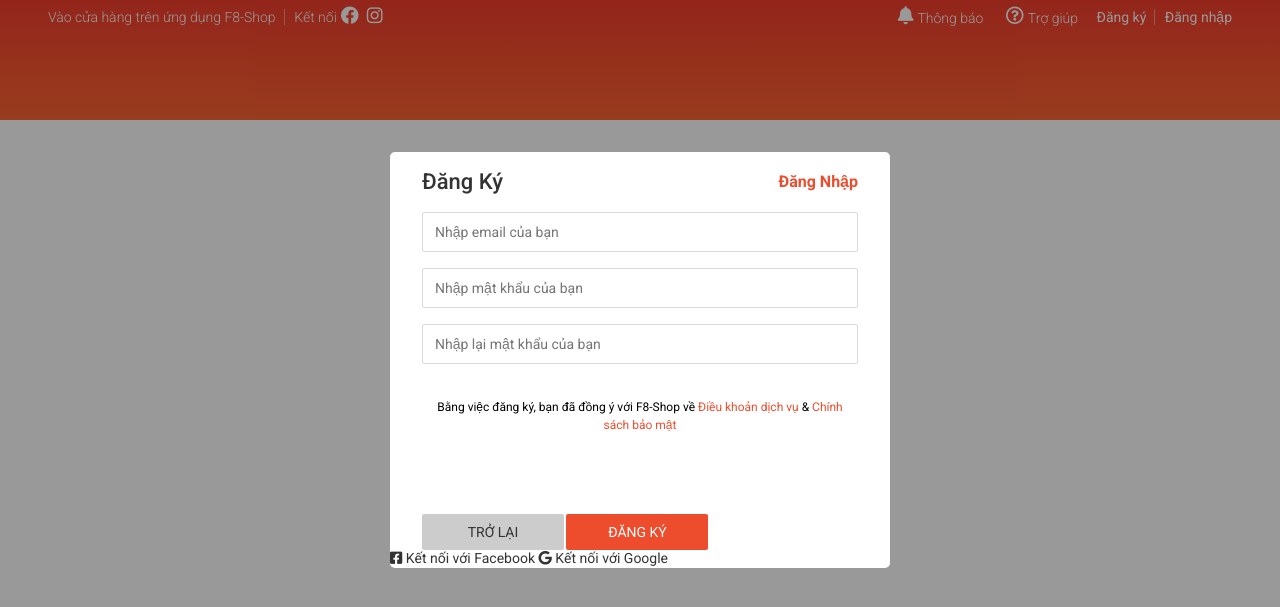
Repository: huynhnhan112/Shopee_Homepage
Page: index.html
An editor plug-in stored every save of this project. The page is shown before and after the next save, followed by the edit.
The browser window is 1280 px wide. The pictures show the whole page.
The pointer rests on the first visible `.btn`.

Above is the page before, as saved 2021-11-19 14:41:07.

### index.html
<!DOCTYPE html>
<html lang="en">

<head>
    <meta charset="UTF-8">
    <meta http-equiv="X-UA-Compatible" content="IE=edge">
    <meta name="viewport" content="width=device-width, initial-scale=1.0">
    <link rel="stylesheet" href="https://cdnjs.cloudflare.com/ajax/libs/normalize/8.0.1/normalize.min.css"
        integrity="sha512-NhSC1YmyruXifcj/KFRWoC561YpHpc5Jtzgvbuzx5VozKpWvQ+4nXhPdFgmx8xqexRcpAglTj9sIBWINXa8x5w=="
        crossorigin="anonymous" referrerpolicy="no-referrer" />
    <link rel="preconnect" href="https://fonts.googleapis.com">
    <link rel="preconnect" href="https://fonts.gstatic.com" crossorigin>
    <link href="https://fonts.googleapis.com/css2?family=Roboto:wght@100;300;400;500;700&display=swap" rel="stylesheet">
    <link rel="stylesheet" href="./assets/fonts/fontawesome-free-5.15.4/fontawesome-free-5.15.4-web/css/all.min.css">
    <link rel="stylesheet" href="./assets/css/base.css">
    <link rel="stylesheet" href="./assets/css/style.css">
    <title>F8 - Shop</title>
</head>

<body>
    <div class="app">
        <header class="header">
            <div class="grid">
                <nav class="header__navbar">
                    <ul class="header__navbar-list">
                        <li class="header__navbar-item header__navbar-item--qr header__navbar-item--separate">Vào cửa
                            hàng trên ứng dụng F8-Shop
                            <div class="header__qr">
                                <img src="./assets/img/qr_code.png" alt="QR code" class="header__qr-img">
                                <div class="header__qr-apps">
                                    <a href="" class="header__qr-link">
                                        <img src="./assets/img/google_play.png" alt="Google Play"
                                            class="header__qr-download">
                                    </a>
                                    <a href="" class="header__qr-link">
                                        <img src="./assets/img/app_store.png" alt="App Store"
                                            class="header__qr-download">
                                    </a>
                                </div>
                            </div>
                        </li>
                        <li class="header__navbar-item">
                            <span class="header__navbar-title">Kết nối</span>
                            <a href="#" class="header__navbar-icon-link">
                                <i class="header__navbar-icon fab fa-facebook"></i>
                            </a>
                            <a href="#" class="header__navbar-icon-link">
                                <i class="header__navbar-icon fab fa-instagram"></i>
                            </a>
                        </li>
                    </ul>
                    <ul class="header__navbar-list">
                        <li class="header__navbar-item header__navbar-item--show-notify">
                            <a href="#" class="header__navbar-item-link">
                                <i class="header__navbar-icon fas fa-bell"></i>
                                Thông báo
                            </a>
                            <div class="header__notify">
                                <header class="header__notify-header">
                                    <h3>Thông Báo Mới Nhận</h3>
                                </header>
                                <ul class="header__notify-list">
                                    <li class="header__notify-item header__notify-item--viewed">
                                        <a href="" class="header__notify-link">
                                            <img src="https://img.abaha.vn/photos/origin/83-1586781803-myphamohui-lgvina.png"
                                                alt="" class="header__notify-img">
                                            <div class="header__notify-info">
                                                <span class="header__notify-name">Ohui chính thức ra mắt dòng son
                                                    lì mới The First Genture Lipstick</span>
                                                <span class="header__notify-description">Một lần môi căng mềm, quyến
                                                    rũ với sắc màu nổi bật luôn là điều mà các quý cô ao
                                                    ước</span>
                                            </div>
                                        </a>
                                    </li>
                                    <li class="header__notify-item header__notify-item--viewed">
                                        <a href="" class="header__notify-link">
                                            <img src="https://img.abaha.vn/photos/origin/83-1586781803-myphamohui-lgvina.png"
                                                alt="" class="header__notify-img">
                                            <div class="header__notify-info">
                                                <span class="header__notify-name">Xác thực chính hãng nguồn gốc
                                                    các sản phẩm Ohui</span>
                                                <span class="header__notify-description">HiddenTag là xác thực hàng
                                                    chính hãng bằng công nghệ tiên tiến nhất hiện nay</span>
                                            </div>
                                        </a>
                                    </li>
                                    <li class="header__notify-item">
                                        <a href="" class="header__notify-link">
                                            <img src="https://img.abaha.vn/photos/origin/83-1586781803-myphamohui-lgvina.png"
                                                alt="" class="header__notify-img">
                                            <div class="header__notify-info">
                                                <span class="header__notify-name">Sale sốc bộ dưỡng Ohui The First
                                                    tái tạo trả hóa da SALE OFF 70%</span>
                                                <span class="header__notify-description">Giá chỉ còn 375.000(giá
                                                    gốc 1.250.000 vnđ)</span>
                                            </div>
                                        </a>
                                    </li>
                                </ul>
                                <footer class="header__notify-footer">
                                    <a href="" class="header__notify-footer-btn">Xem tất cả</a>
                                </footer>
                            </div>
                        </li>
                        <li class="header__navbar-item">
                            <a href="#" class="header__navbar-item-link">
                                <i class="header__navbar-icon far fa-question-circle"></i>
                                Trợ giúp
                            </a>
                        </li>
                        <li class="header__navbar-item header__navbar-item--strong header__navbar-item--separate">Đăng
                            ký</li>
                        <li class="header__navbar-item header__navbar-item--strong">Đăng nhập</li>
                    </ul>
                </nav>
            </div>
        </header>

        <div class="container">

        </div>

        <footer class="footer">

        </footer>
    </div>

    <!-- Modal Layout -->
    <div class="modal">
        <div class="modal__overclay"></div>
        <div class="modal__body">

            <!-- Authen form -->
            <div class="auth-form">
                <div class="auth-form__container">
                    <div class="auth-form__header">
                        <h3 class="auth-form__heading">Đăng Ký</h3>
                        <span class="auth-form__switch-btn">Đăng Nhập</span>
                    </div>
                    <div class="auth-form__form">
                        <div class="auth-form__group">
                            <input type="text" class="auth-form__input" placeholder="Nhập email của bạn">
                        </div>
                        <div class="auth-form__group">
                            <input type="text" class="auth-form__input" placeholder="Nhập mật khẩu của bạn">
                        </div>
                        <div class="auth-form__group">
                            <input type="text" class="auth-form__input" placeholder="Nhập lại mật khẩu của bạn">
                        </div>
                    </div>
                    <div class="auth-form__aside">
                        <p>Bằng việc đăng ký, bạn đã đồng ý với F8-Shop về <a href="#">Điều khoản dịch
                                vụ</a> & <a href="#">Chính sách bảo mật</a></p>
                    </div>
                    <div class="auth-form__controls">
                        <button class="btn">TRỞ LẠI</button>
                        <button class="btn btn--primary">ĐĂNG KÝ</button>
                    </div>
                </div>
                <div class="auth-form__socials">
                    <a href="" class="btn btn--with--icon">
                        <i class="fab fa-facebook-square"></i>
                        Kết nối với Facebook
                    </a>
                    <a href="" class="btn btn--with--icon">
                        <i class="fab fa-google"></i>
                        Kết nối với Google
                    </a>
                </div>
            </div>
        </div>
    </div>
</body>

</html>

### assets/css/base.css
:root{
    --white-color: #fff;
    --black-color: #000;
    --text-color: #333;
    --primary-color: #ee4d2d;
    --border-color: #dbdbdb;
}

*{
    box-sizing: inherit;
}

html{
    font-size: 62.5%;
    line-height: 1.6rem;
    font-family: 'Roboto', sans-serif;
    box-sizing: border-box;
}

.grid{
    width: 1200px;
    max-width: 100%;
    margin: 0 auto;
}

.grid__full_width{
    width: 100%;
}

.gid__row{
    display: flex;
    flex-wrap: wrap;
}

@keyframes fadeIn {
    from{
        opacity: 0;
    }
    to{
        opacity: 1;
    }
}

/* Modal */
.modal{
    position: fixed;
    top: 0;
    left: 0;
    right: 0;
    bottom: 0;
    display: flex;
}

.modal__overclay{
    position: absolute;
    width: 100%;
    height: 100%;
    background-color: rgba(0,0,0,0.4);
}

.modal__body{
    position: relative;
    background-color: var(--white-color);
    margin: auto;
    z-index: 1;
    border-radius: 5px;
}

/* Button style */
.btn{
    min-width: 142px;
    height: 36px;
    text-decoration: none;
    border: none;
    border-radius: 2px;
    font-size: 1.4rem;
    cursor: pointer;
    color: var(--text-color);
}

.btn:hover{
    background-color: rgba(0,0,0,0.2);
}

.btn.btn--primary{
    background-color: var(--primary-color);
    color: var(--white-color);
}

.btn.btn--disabled{
    color: #949494;
    cursor: default;
    background-color: #c3c3c3;
}

### assets/css/style.css
.header{
    height: 120px;
    background-image: linear-gradient(0, #fe6433, #f53e2d);
}

.header__navbar{
    display: flex;
    justify-content: space-between;
    min-height: 26px;
}

.header__navbar-list{
    list-style: none;
    padding-left: 0;
    margin-top: 4px;
}

.header__navbar-item{
    margin: 0 8px;
    position: relative;
    min-height: 26px;
}

.header__navbar-item,
.header__navbar-item-link{
    display: inline-block;
    font-size: 1.4rem;
    color: var(--white-color);
    text-decoration: none;
    font-weight: 300;
}

.header__navbar-item,
.header__navbar-item-link,
.header__navbar-icon-link{
    display: inline-flex;
    align-items: center;
}

.header__navbar-item:hover,
.header__navbar-item-link:hover,
.header__navbar-icon-link:hover{
    color: rgba(255,255,255, 0.7);
    cursor: pointer;
}

.header__navbar-item--strong{
    font-weight: 400;
}

.header__navbar-item--separate::after{
    content: '';
    display: block;
    position: absolute;
    border-left: 1px solid #FB9086;
    height: 16px;
    right: -9px;
    top: 50%;
    transform: translateY(-50%);
}

.header__navbar-icon-link{
    color: var(--white-color);
    text-decoration: none;
}

.header__navbar-icon{
    font-size: 1.8rem;
    margin: 0 4px 5px;
}

.header__navbar-title{
    cursor: text;
    color: var(--white-color);
}

/* Header QR Code */
.header__qr{
    background-color: var(--white-color);
    width: 186px;
    position: absolute;
    left: 0;
    top: 160%;
    padding: 8px;
    border-radius: 2px;
    display: none;
    animation: fadeIn ease-in-out 0.3s;
}

.header__qr::before{
    content: '';
    position: absolute;
    display: block;
    width: 100%;
    height: 20px;
    top: -16px;
    left: 0;
}

.header__navbar-item--qr:hover .header__qr{
    display: block;
}

.header__qr-img{
    width: 100%;
}

.header__qr-apps{
    display: flex;
    justify-content: space-between;
}

.header__qr-link:first-child{
    margin-left: 11px;
}

.header__qr-link:last-child{
    margin-right: 11px;
}

.header__qr-download{
    height: 15px;
}

/* Header Notifycation */
.header__notify{
    position: absolute;
    top: 150%;
    right: 0;
    width: 404px;
    border: 1px solid #d3d3d3;
    background-color: var(--white-color);
    cursor: default;
    transform-origin: calc(100% - 20px) top;
    animation: headerNotify ease-in-out 0.3s;
    will-change: opacity, transform;
    display: none;
}

.header__notify::before{
    content: '';
    border: 20px solid;
    border-color: transparent transparent var(--white-color) transparent;
    position: absolute;
    right: 10px;
    top: -29px;
}

.header__notify::after{
    content: '';
    display: block;
    width: 90px;
    height: 20px;
    position: absolute;
    right: 0;
    top: -15px;
}

@keyframes headerNotify {
    from{
        transform: scale(0);
        opacity: 0;
    }
    to{
        transform: scale(1);
        opacity: 1;
    }
}

.header__navbar-item--show-notify:hover .header__notify{
    display: block;
}

.header__notify-header{
    height: 40px;
    background-color: var(--white-color);
}

.header__notify-header h3{
    color: #999;
    margin: 0 0 0 12px;
    font-weight: 400;
    font-size: 1.5rem;
    line-height: 40px;
    user-select: none;
}

.header__notify-list{
    padding-left: 0;
}

.header__notify-item{
    display: flex;
}

.header__notify-item:hover{
    background-color: #f7f7f7;
}

.header__notify-item--viewed{
    background-color: rgba(238,75,43,0.08);
}

.header__notify-link{
    display: flex;
    width: 100%;
    padding: 12px;
    text-decoration: none;
}

.header__notify-img{
    width: 48px;
    object-fit: contain;
}

.header__notify-info{
    margin-left: 1.2rem;
    /* line-height: 2.4rem; */
}

.header__notify-name{
    display: block;
    font-size: 1.4rem;
    color: var(--text-color);
    font-weight: 500;
    line-height: 1.8rem;
}

.header__notify-description{
    display: block;
    font-size: 1.2rem;
    color: #756f6e;
    font-weight: 400;
    margin-top: 0.4rem;
}

.header__notify-footer{
    text-align: center;
}

.header__notify-footer-btn{
    text-decoration: none;
    color: var(--text-color);
    padding: 16px 0;
    width: 100%;
    display: block;
    font-weight: 500;
}

/* Authencation Form */
.auth-form{
    width: 500px;
}

.auth-form__container{
    margin: 0 32px;
}

.auth-form__header{
    display: flex;
    align-items: center;
    justify-content: space-between;
}

.auth-form__heading{
    font-size: 2.2rem;
    font-weight: 500;
    color: var(--text-color);
}

.auth-form__switch-btn{
    font-size: 1.6rem;
    color: var(--primary-color);
    font-weight: 600;
    cursor: pointer;
}

.auth-form__input{
    height: 4rem;
    width: 100%;
    margin-bottom: 1.6rem;
    padding: 0 1.2rem;
    font-size: 1.4rem;
    border: 1px solid var(--border-color);
    border-radius: 2px;
    outline: none;
}

.auth-form__input:focus{
    border-color: #888;
}

.auth-form__aside{
    margin-top: 1.8rem;
}

.auth-form__aside p{
    font-size: 1.2rem;
    line-height: 1.8rem;
    text-align: center;
    padding: 0 1.2rem;
}

.auth-form__aside a{
    text-decoration: none;
    color: var(--primary-color);
}

.auth-form__controls{
    margin-top: 80px;
}

Loaded but not shown: assets/fonts/fontawesome-free-5.15.4/fontawesome-free-5.15.4-web/css/all.min.css (library)

After the next save:
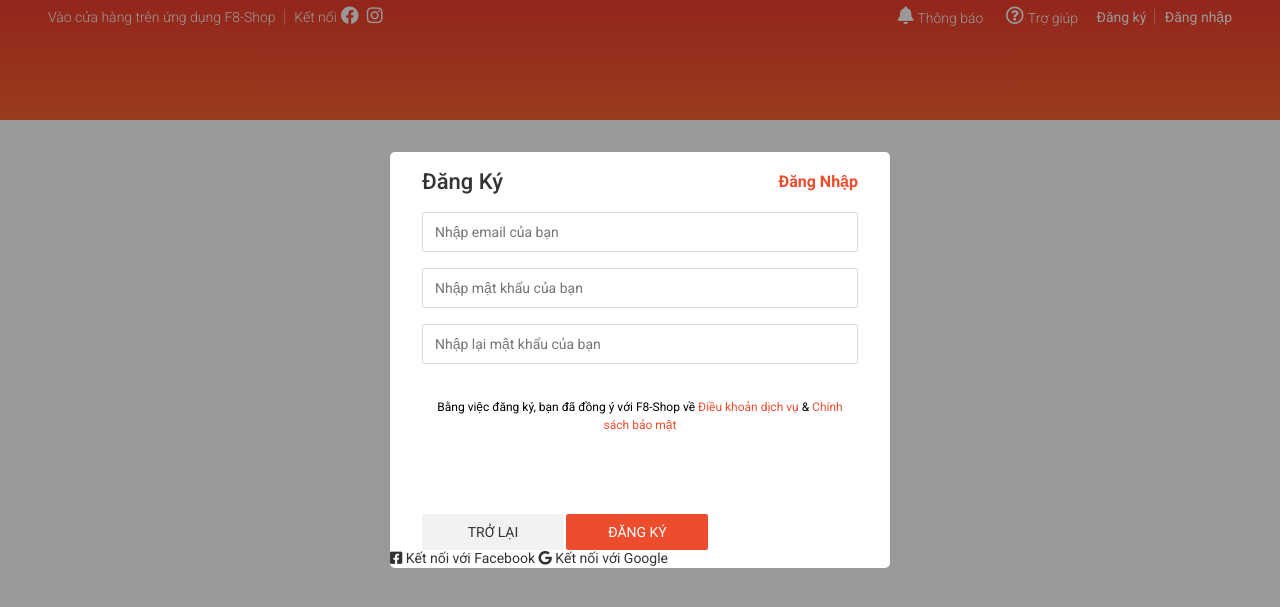
Saved 22 s later.
--- a/assets/css/base.css
+++ b/assets/css/base.css
@@ -79,7 +79,7 @@
 }
 
 .btn:hover{
-    background-color: rgba(0,0,0,0.2);
+    background-color: rgba(0,0,0,0.05);
 }
 
 .btn.btn--primary{
